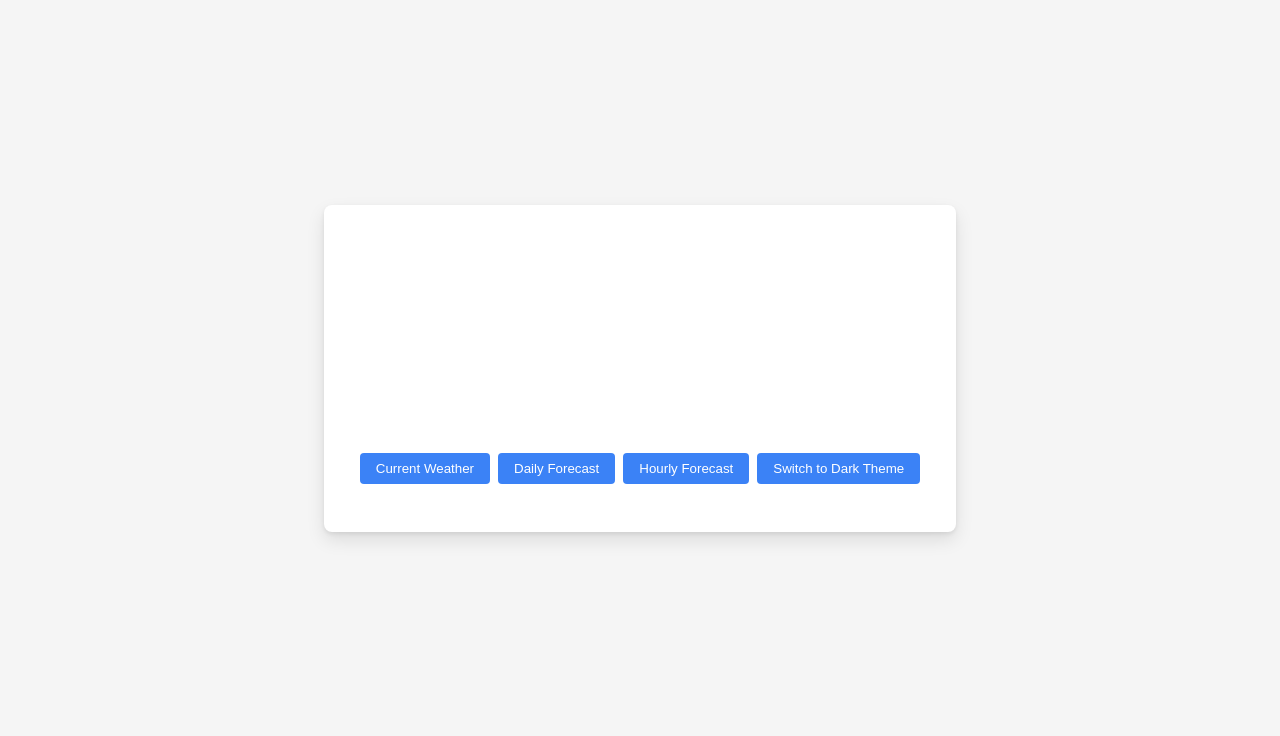
Repository: WajahatKanju/openweaterapi_test
Page: /
An editor plug-in stored every save of this project. The page is shown before and after a run of saves, followed by the edit.
The browser window is 1280 px wide. The pictures show the whole page.
Pictures or frames that could not be fetched are drawn as grey boxes. The page's requests for data from a server got no answer. The project was rebuilt for these pictures with package versions that can differ from the ones it lists, and the page was loaded fresh each time. No one was signed in, and anything a server would have sent is missing. Also part of the build but not shown: vite.config.js, src/DailyForecast.jsx, src/HourlyForecast.jsx.

Above is the page before, as saved 2023-05-01 23:06:02.

### src/App.jsx
import { useState, createContext } from "react";
import API_KEY from "../config";
import "./App.css";
import MapContainer from "./MapContainer";
import CurrentWeather from "./CurrentWeather";
import DailyForecast from "./DailyForecast";
import HourlyForecast from "./HourlyForecast";

const API_BASE_URL = "https://api.openweathermap.org/data/2.5/";

export const APIContext = createContext();

function App() {
  const [markerPosition, setMarkerPosition] = useState([34.796871, 72.346043]);
  const [selectedEndpoint, setSelectedEndpoint] = useState("current");
  const [isDarkTheme, setIsDarkTheme] = useState(false);

  const handleEndpointSelect = (endpoint) => {
    setSelectedEndpoint(endpoint);
  };

  let endpointComponent;

  if (selectedEndpoint === "daily") {
    endpointComponent = <DailyForecast markerPosition={markerPosition} />;
  } else if (selectedEndpoint === "hourly") {
    endpointComponent = <HourlyForecast markerPosition={markerPosition} />;
  } else {
    endpointComponent = <CurrentWeather markerPosition={markerPosition} />;
  }
console.log(markerPosition)
  const APIData = {
      'API_KEY': API_KEY,
      'API_BASE_URL': API_BASE_URL,
      'lat': markerPosition[0],
      'lng': markerPosition[1],
  }

  const toggleTheme = () => {
    setIsDarkTheme(!isDarkTheme);
  };

  return (
    <div className={`app-container ${isDarkTheme ? "dark-theme" : ""}`}>
      <div className="content">
        <MapContainer
          markerPosition={markerPosition}
          setMarkerPosition={setMarkerPosition}
        />
        <div className="endpoint-buttons">
          <button onClick={() => handleEndpointSelect("current")}>
            Current Weather
          </button>
          <button onClick={() => handleEndpointSelect("daily")}>
            Daily Forecast
          </button>
          <button onClick={() => handleEndpointSelect("hourly")}>
            Hourly Forecast
          </button>
          <button className="theme-toggle" onClick={toggleTheme}>
            {isDarkTheme ? "Switch to Light Theme" : "Switch to Dark Theme"}
          </button>
        </div>
        <APIContext.Provider value={APIData}>{endpointComponent}</APIContext.Provider>
      </div>
    </div>
  );
}

export default App;

### config.js
const API_KEY = "394c70bd14957f9f39a42539c8c58610";
export default API_KEY;

### src/App.css
body {
  background-color: #f5f5f5;
  color: #333;
}

.map-container{
  min-height: 30vh;
}

.app-container {
  display: flex;
  justify-content: center;
  align-items: center;
  height: 100vh;
}

.content {
  display: flex;
  flex-direction: column;
  align-items: center;
  justify-content: center;
  background-color: #fff;
  padding: 2rem;
  border-radius: 0.5rem;
  box-shadow: 0 0.125rem 0.25rem rgba(0, 0, 0, 0.075), 0 0.5rem 1.125rem rgba(0, 0, 0, 0.1);
}

.endpoint-buttons {
  display: flex;
  justify-content: center;
  align-items: center;
  margin-bottom: 1rem;
}

.endpoint-buttons button {
  background-color: #3b82f6;
  color: #fff;
  border: none;
  border-radius: 0.25rem;
  padding: 0.5rem 1rem;
  margin: 0 0.25rem;
  cursor: pointer;
  transition: all 0.2s ease-in-out;
}

.endpoint-buttons button:hover {
  transform: translateY(-0.125rem);
  box-shadow: 0 0.125rem 0.25rem rgba(0, 0, 0, 0.075), 0 0.25rem 0.5rem rgba(0, 0, 0, 0.1);
}

.switch-theme {
  position: absolute;
  top: 1rem;
  right: 1rem;
  display: flex;
  align-items: center;
  justify-content: center;
  cursor: pointer;
}

.switch-theme span {
  font-size: 1.25rem;
  margin-right: 0.5rem;
}

.switch-theme svg {
  fill: #fff;
  transition: all 0.2s ease-in-out;
}

.light-theme {
  background-color: #fff;
  color: #333;
}

.light-theme .switch-theme svg {
  transform: rotate(0deg);
}

.dark-theme {
  background-color: #333;
  color: #fff;
}

.dark-theme .switch-theme svg {
  transform: rotate(180deg);
}

### src/MapContainer.jsx
import Map from "./map/map";
import PropTypes from "prop-types";

function MapContainer({ markerPosition, setMarkerPosition }) {
  return (
    <div className="map-container">
      <Map
        markerPosition={markerPosition}
        setMarkerPosition={setMarkerPosition}
      />
    </div>
  );
}

MapContainer.propTypes = {
  markerPosition: PropTypes.array.isRequired,
  setMarkerPosition: PropTypes.func.isRequired,
};



export default MapContainer;

### src/CurrentWeather.jsx
import { useState, useEffect, useContext } from "react";
import { APIContext } from "./App";
import axios from "axios";

const CurrentWeather = () => {
  const [weatherData, setWeatherData] = useState(null);
  const { API_BASE_URL, API_KEY, lat, lng } = useContext(APIContext);
  useEffect(() => {
    axios
      .get(`${API_BASE_URL}weather?lat=${lat}&lon=${lng}&appid=${API_KEY}`)
      .then((res) => {
        setWeatherData(res.data);
      })
      .catch((error) => {
        console.error(error);
        throw new Error("Failed to fetch weather data");
      });
  }, [lat, lng]);

  return (
    <>
      {weatherData && (
        <div className="weather-container">
          <p className="temperature">
            {Math.round(weatherData.main.temp - 273.15)}&deg;C
          </p>
          <div className="weather-info">
            <img
              className="weather-icon"
              src={`http://openweathermap.org/img/w/${weatherData.weather[0].icon}.png`}
              alt={`${weatherData.weather[0].icon}`}
            />
            <div className="description">
              <p>{weatherData.weather[0].main}</p>
              <p>{weatherData.weather[0].description}</p>
            </div>
          </div>
          <div className="details">
            <div>
              <i className="fas fa-temperature-low"></i>
              <span>
                Min: {Math.round(weatherData.main.temp_min - 273.15)}&deg;C
              </span>
            </div>
            <div>
              <i className="fas fa-temperature-high"></i>
              <span>
                Max: {Math.round(weatherData.main.temp_max - 273.15)}&deg;C
              </span>
            </div>
            <div>
              <i className="fas fa-wind"></i>
              <span>Wind: {weatherData.wind.speed} m/s</span>
            </div>
            <div>
              <i className="fas fa-tint"></i>
              <span>Humidity: {weatherData.main.humidity}%</span>
            </div>
          </div>
        </div>
      )}
    </>
  );
};


export default CurrentWeather;

### src/map/map.jsx
import PropTypes from "prop-types";
import { MapContainer, TileLayer, Marker, Popup, useMapEvents } from "react-leaflet";
import "leaflet/dist/leaflet.css";

function Map({ markerPosition, setMarkerPosition }) {
  return (
    <MapContainer center={markerPosition} zoom={13} style={{ height: "100%" }}>
      <TileLayer url="https://{s}.tile.openstreetmap.org/{z}/{x}/{y}.png" />
      <Marker
        position={markerPosition}
        draggable={true}
        eventHandlers={{
          dragend: (e) => {
            setMarkerPosition([e.target._latlng.lat, e.target._latlng.lng]);
          },
        }}
      >
        <Popup>
          Current coordinates: {markerPosition[0]}, {markerPosition[1]}
        </Popup>
      </Marker>
      <MapClickHandler setMarkerPosition={setMarkerPosition} />
    </MapContainer>
  );
}

function MapClickHandler({ setMarkerPosition }) {
  useMapEvents({
    click: (e) => {
      setMarkerPosition([e.latlng.lat, e.latlng.lng]);
    },
  });

  return null;
}

MapClickHandler.propTypes = {
  setMarkerPosition: PropTypes.func.isRequired,
};

Map.propTypes = {
  markerPosition: PropTypes.array.isRequired,
  setMarkerPosition: PropTypes.func.isRequired,
};

export default Map;

Loaded but not shown: index.html (common file); src/main.jsx (common file)

After the next 2 saves:
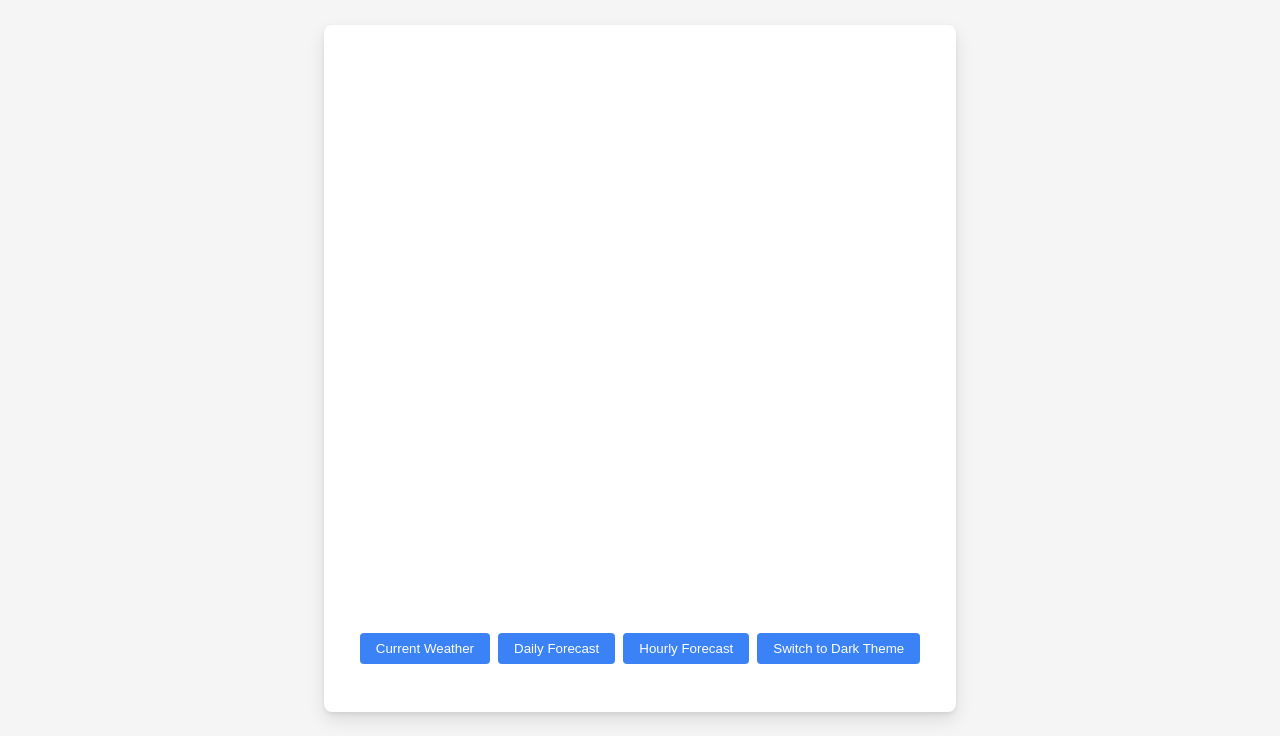
The 2 saves are shown as one change because they came seconds apart.
The last was saved 6 s later.
--- a/src/App.css
+++ b/src/App.css
@@ -4,7 +4,7 @@ body {
 }
 
 .map-container{
-  min-height: 30vh;
+  min-height: 80vh;
 }
 
 .app-container {
